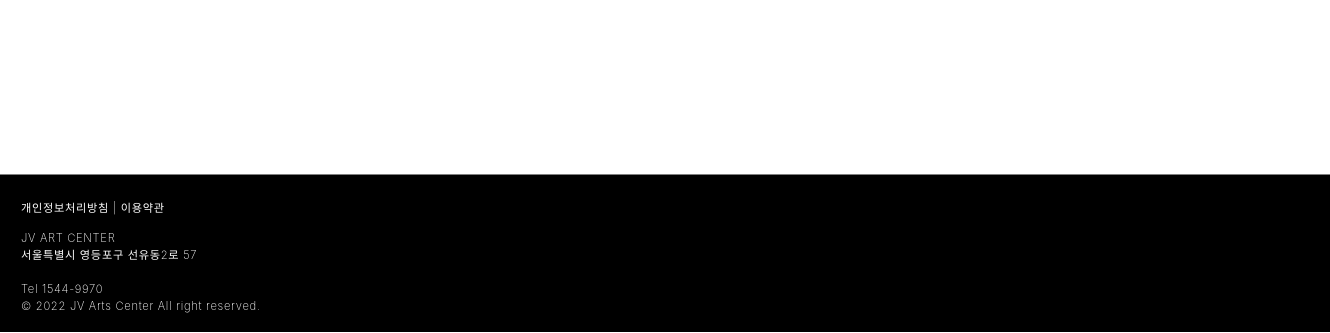
Repository: pshysd/SEMI_PROJECT
Page: http://localhost/JVArtCenter/
The author's editor kept a copy of each file at every save. The page is drawn from the files as they stood at one save, then again after the next save.
The browser window is 1280 px wide. The page is 1900 px wide, so the pictures cover 1900 px, including what lies to the right of the window. The pictures show the part of the page from y = 1025 to 2305 px (the page is 1500 px tall before and 2450 px after), at 70% of full size.
Some web fonts or font styles are not loaded; a fallback is used. Some web libraries are served in a nearby version. The page is served by Tomcat 9. Nobody is signed in. The application's start-up code is not run. Other server files are loaded and not shown.

Above is the page before, as saved 2022-10-26 03:10:35.

### JVArtCenter/WebContent/index.jsp
<%@ page language="java" contentType="text/html; charset=UTF-8"
    pageEncoding="UTF-8"%>
<%@ include file="views/common/menubar.jsp" %>
<!DOCTYPE html>
<html>
<head>
<meta charset="UTF-8">
<title>JV Art Center</title>
</head>
<body>

    <div class="wrap">
      <!--전체를 감싸는 wrap영역-->

      <div id="navi">
        <!--세부메뉴 영역-->
        세부메뉴
      </div>

      <div id="content">
        <!--바디-->
        <div id="content_1">왼쪽여백</div>
        <div id="content_2"></div>
        <div id="content_3">오른쪽여백</div>
      </div>

    <%@ include file="views/common/footerbar.jsp" %>

  </body>
</html>

### JVArtCenter/WebContent/views/common/menubar.jsp
<%@ page language="java" contentType="text/html; charset=UTF-8"
    pageEncoding="UTF-8"%>
<%
	String contextPath = request.getContextPath();
%>
<!DOCTYPE html>
<html lang="en">
  <head>
    <meta charset="UTF-8" />
    <meta http-equiv="X-UA-Compatible" content="IE=edge" />
    <meta name="viewport" content="width=device-width, initial-scale=1.0" />
    <!-- 메뉴바 아이콘 -->
    <script src="https://kit.fontawesome.com/c7bfbb0e5b.js" crossorigin="anonymous"></script>
    <!-- 부트스트랩 css 사용 -->
    <link rel="stylesheet" href="resources/css/bootstrap.css">
    <!-- JavaScript Bundle with Popper -->
    <script src="https://cdn.jsdelivr.net/npm/bootstrap@5.2.2/dist/js/bootstrap.bundle.min.js" integrity="sha384-OERcA2EqjJCMA+/3y+gxIOqMEjwtxJY7qPCqsdltbNJuaOe923+mo//f6V8Qbsw3" crossorigin="anonymous"></script>
    <!-- <title>menubar</title> -->
  </head>
  <style>

    /* ---------- 전체 스타일 ---------- */
    div {  /*표 확인용 */
        /* border: 0.5px solid lightgrey;  */
        box-sizing: border-box;
    }
    .wrap {
      width: 1900px;
    }
    a {
      text-decoration: none;
    }

    /* header, content, footer의 공통속성 : 가로길이 100% */
    .wrap > div {
      width: 100%;
    }

    /* ---------- header ---------- */
    #header {
      height: 150px;
    }

    /* 메인메뉴 전체를 감싸는 ul */
    #navbar_menu>a {
      display: block;
      line-height: 35px;
    }
    #navbar_menu {
      display: flex;
      list-style: none;
      padding-left: 0;
      font-size: large;
      position: relative;
      margin-left: 550px;
    }
    #navbar_menu>li {
      font-size: 20px;
      position: static;
    }

    /* 각 메인 메뉴 */
    .nav-item {
      font-size: 20px;
    }

    /* 메인메뉴 우측 아이콘 */
    #navbar_icons {
      font-size: 20px;
      display: flex;
      padding: 5px 10px;
    }
    #search,
    #user,
    #calender {
      padding: 10px 12px;
    }

    /* 서브메뉴를 담당하는 ul 태그에 대한 스타일 */
    #navbar_menu>li>div {
      list-style-type: none;
      padding: 0px;
      display: none; /* 평소에는 안보여주다가 마우스가 올라가는 순간 보여지게끔 */
      position: absolute;
    }
    /* 메인메뉴에 마우스가 올라가는 순간 서브메뉴가 펼쳐져서 보이게끔 */
    #navbar_menu>li>a:hover + div {
      display: block; /* 메인메뉴에만 마우스가 올라갔을때만 유지됨 */
    }
    /* 서브메뉴에도 마우스가 올라갈 때 펼쳐진게 유지될 수 있게끔 */
    #navbar_menu > li > div:hover {
      display: block;
    }
    /* 서브메뉴 글씨만 좀 더 작게 보이게끔 */
    #navbar_menu > li > div a {
      font-size: 15px;
    }
    #navbar_menu > li > div a:hover {
      font-size: 18px;
    }

    /* 고정된 세부메뉴 전체를 감싸는 div */
    #navi {
      height: 75px;
      text-align: center;
    }

    /* ---------- content ---------- */
    #content {
      height: 1050px;
      display: flex;
    }

    #content > div {
      height: 100%;
    }
    #content_1 {
      width: 15%;
      float: left;
    }
    #content_2 {
      width: 70%;
      height: 100%;
    }
    #content_3 {
      width: 15%;
      float: right;
    }

  </style>
  <body>
    <div class="wrap">
      <!--전체를 감싸는 wrap영역-->

      <div id="header">
        <!--헤더영역-->

        <div>
          <nav class="navbar navbar-expand-lg navbar-light bg-light" style="border: 1px 0px;">
            <div class="container-fluid">
              <a class="navbar-brand" href="#"><span style="margin-left: 10px;">JV</span> ART CENTER</a>
              <button class="navbar-toggler" type="button" data-bs-toggle="collapse" data-bs-target="#navbarColor03" aria-controls="navbarColor03" aria-expanded="false" aria-label="Toggle navigation">
                <span class="navbar-toggler-icon"></span>
              </button>
              <div class="collapse navbar-collapse" id="navbarColor03">
                <ul class="navbar-nav me-auto" id="navbar_menu">
                  <li class="nav-item">
                    <a class="nav-link dropdown" data-bs-toggle="dropdown" href="#" role="button" aria-haspopup="true" aria-expanded="false">전시</a>
                    <div class="dropdown-menu">
                      <a class="dropdown-item" href="#">현재전시</a>
                      <a class="dropdown-item" href="#">지난전시</a>
                      <a class="dropdown-item" href="#">오픈예정</a>

                    </div>
                  </li>
                  <li class="nav-item">
                    <a class="nav-link" href="#">예매</a>
                  </li>
                  <li class="nav-item">
                    <a class="nav-link dropdown" data-bs-toggle="dropdown" href="#" role="button" aria-haspopup="true" aria-expanded="false">안내</a>
                    <div class="dropdown-menu">
                      <a class="dropdown-item" href="#">JV소개</a>
                      <a class="dropdown-item" href="#">전시관 안내</a>
                      <a class="dropdown-item" href="#">오시는길</a>

                    </div>
                  </li>
                  <li class="nav-item dropdown">
                    <a class="nav-link dropdown" data-bs-toggle="dropdown" href="#" role="button" aria-haspopup="true" aria-expanded="false">서비스</a>
                    <div class="dropdown-menu">
                      <a class="dropdown-item" href="#">공지사항</a>
                      <a class="dropdown-item" href="#">FAQ</a>
                      <a class="dropdown-item" href="#">1대1 문의</a>
                      <a class="dropdown-item" href="#">뉴스레터</a>
                    </div>
                  </li>
                </ul>

              </div>
              <div id="navbar_icons">
                <a href=""
                  ><i id="search" class="fa-solid fa-magnifying-glass"></i
                ></a>
                <a href=""
                  ><i id="calender" class="fa-regular fa-calendar-days"></i
                ></a>
                <a href=""><i id="user" class="fa-regular fa-user"></i></a>
              </div>
            </div>
          </nav>
        </div>
      </div>

    </div>
  </body>
</html>

### JVArtCenter/WebContent/views/common/footerbar.jsp
<%@ page language="java" contentType="text/html; charset=UTF-8"
    pageEncoding="UTF-8"%>
<!DOCTYPE html>
<html lang="en">
  <head>
    <meta charset="UTF-8" />
    <meta http-equiv="X-UA-Compatible" content="IE=edge" />
    <meta name="viewport" content="width=device-width, initial-scale=1.0" />
    <title>footerbar</title>
  </head>
  <style>

    /* ---------- footer ---------- */
    #footer {
      height: 225px;
      background-color: black;
      color: white;
      padding-left: 20px;
      padding-top: 25px;;
    }
    #footer>p {
        padding: 10px;
        box-sizing: border-box;
    }
    #footer_etc {
      padding: 10px;
    }
    #footer_etc a {
      text-decoration: none;
      color: white;
    }

  </style>
  <body>
    <div class="wrap">
      <!--전체를 감싸는 wrap영역-->

      <div id="footer">
        <!--푸터-->
        <div id="footer_etc">
            <a href="" >개인정보처리방침</a> |
            <a href="" >이용약관</a>
        </div>
        <p>
          JV ART CENTER<br />
          서울특별시 영등포구 선유동2로 57 <br /><br />

          Tel 1544-9970<br />

          © 2022 JV Arts Center All right reserved.
        </p>
      </div>
    </div>
  </body>
</html>

Loaded but not shown: JVArtCenter/WebContent/resources/css/bootstrap.css (library)

After the next save:
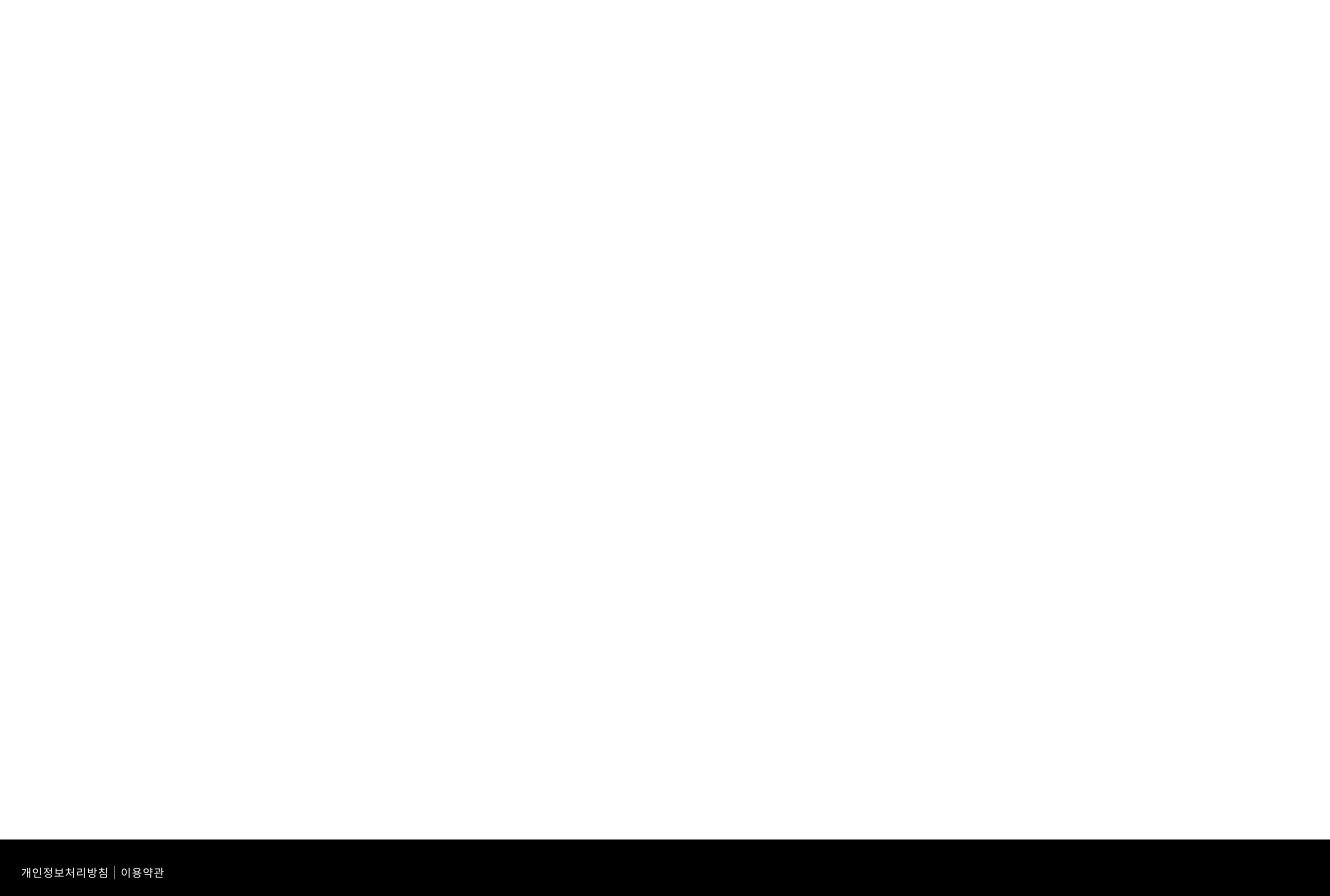
Saved 78 min 0 s later.
--- a/JVArtCenter/WebContent/index.jsp
+++ b/JVArtCenter/WebContent/index.jsp
@@ -6,6 +6,12 @@
 <head>
 <meta charset="UTF-8">
 <title>JV Art Center</title>
+<style>
+	#content {
+      height: 2000px;
+      display: flex;
+    }
+</style>
 </head>
 <body>
 

After the save that followed:
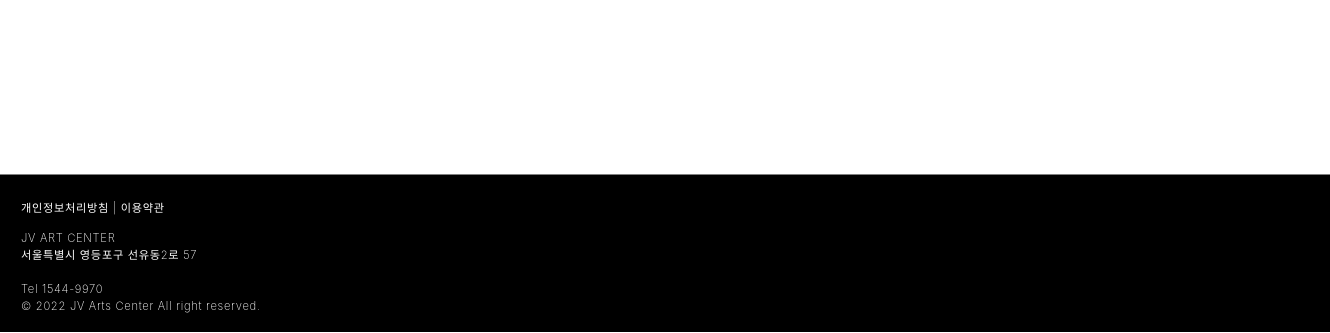
Saved 3 min 9 s later.
--- a/JVArtCenter/WebContent/index.jsp
+++ b/JVArtCenter/WebContent/index.jsp
@@ -7,10 +7,8 @@
 <meta charset="UTF-8">
 <title>JV Art Center</title>
 <style>
-	#content {
-      height: 2000px;
-      display: flex;
-    }
+	/* 각자 필요한 content 길이만큼 height 속성값 수정해서 길이 조정 */
+	/* #content { height: 2000px; } */
 </style>
 </head>
 <body>
